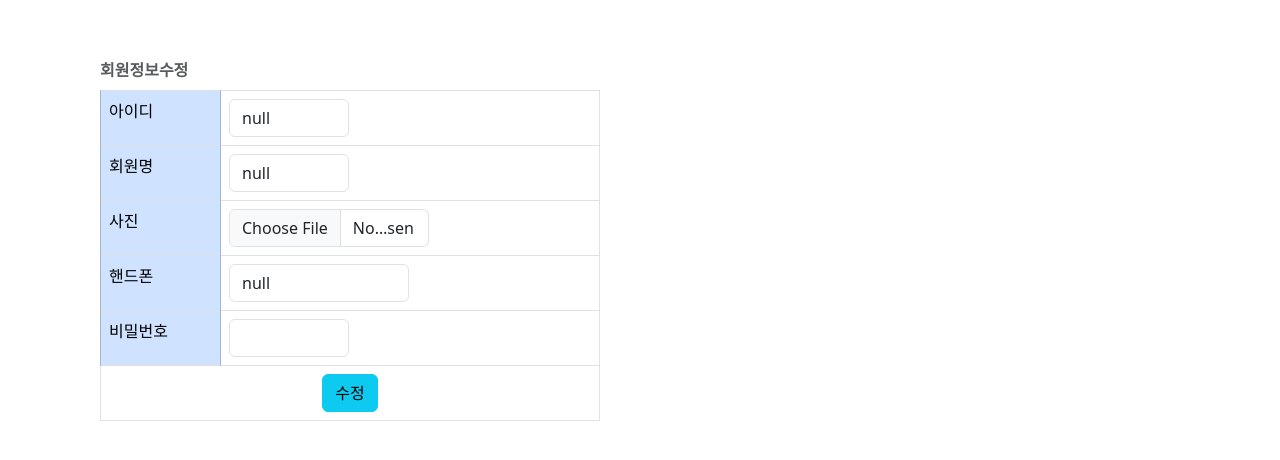
Repository: JunbroGit/SistProject
Page: http://localhost/jsaAjaxProject/mem_gaip/updateForm.jsp
The author's editor kept a copy of each file at every save. The page is drawn from the files as they stood at one save, then again after the next save.
The browser window is 1280 px wide. The pictures show the whole page.
Some web fonts or font styles are not loaded; a fallback is used. The page is served by Tomcat 9. Queries for data that is not in the repository find no rows.

Above is the page before, as saved 2024-03-19 01:08:02.

After the next save:
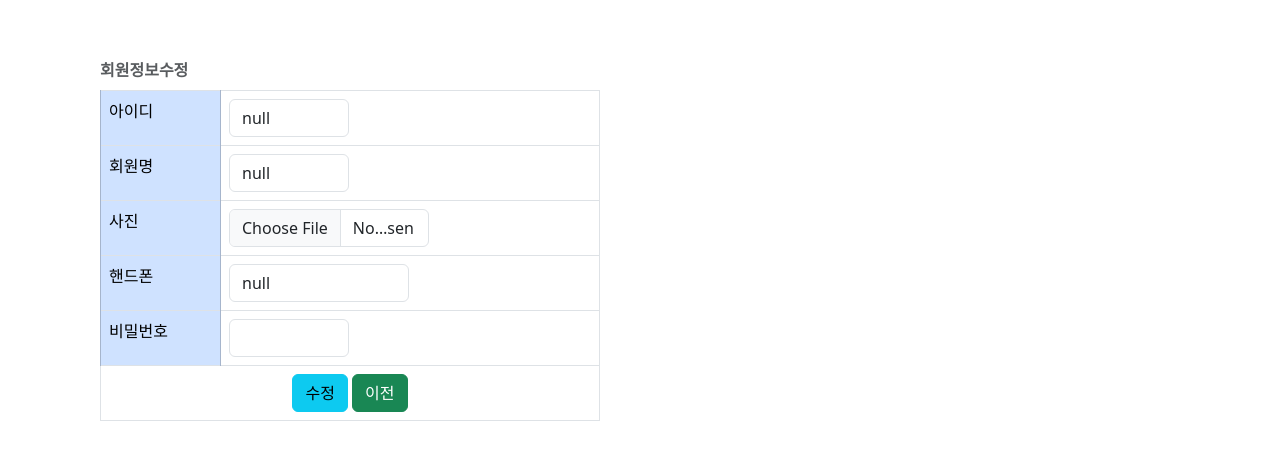
Saved 30 s later.
--- a/jspwork/jsaAjaxProject/src/main/webapp/mem_gaip/updateForm.jsp
+++ b/jspwork/jsaAjaxProject/src/main/webapp/mem_gaip/updateForm.jsp
@@ -57,6 +57,7 @@
 			<tr>
 				<td colspan="2" align="center">
 					<button type="submit" class="btn btn-info" id="btnupdate">수정</button>
+					<button type="button" class="btn btn-success" onclick="history.back()">이전</button>
 				</td>
 			</tr>
 		</table>
